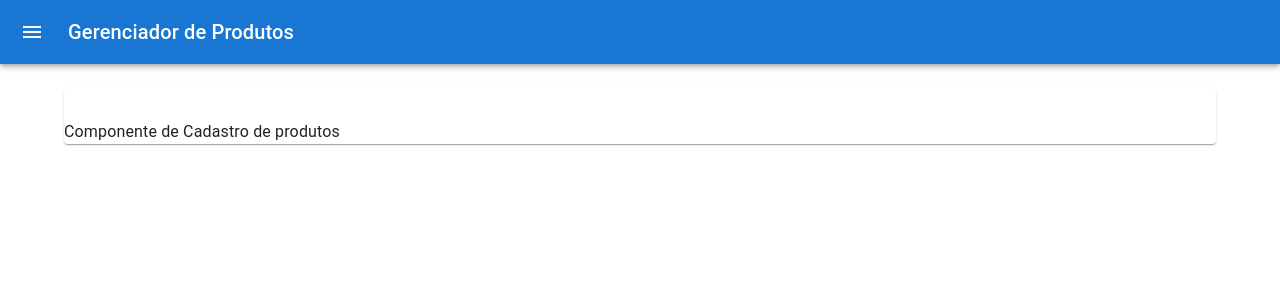
Repository: KennedyWanderson/crud-web
Page: /
An editor plug-in stored every save of this project. The page is shown before and after a run of saves, followed by the edit.
The browser window is 1280 px wide. The pictures show the whole page.
The project was rebuilt for these pictures with package versions that can differ from the ones it lists, and the page was loaded fresh each time. Also part of the build but not shown: src/Components/ProductList.js, src/Components/CategoryRegister.js, src/Components/CategotyList.js.

Above is the page before, as saved 2023-11-15 15:56:58.

After the next 4 saves:
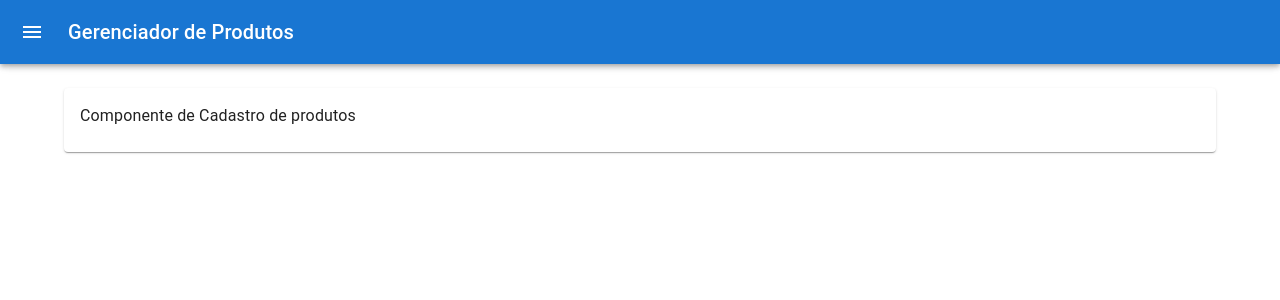
The 4 saves are shown as one change because they came seconds apart.
The last was saved 10 s later.
--- a/src/Components/ProductRegister.js
+++ b/src/Components/ProductRegister.js
@@ -5,9 +5,8 @@ function ProductRegister(props){
     return (
         <Card>
             <CardContent>
-
+                <div>{props.text}</div>
             </CardContent>
-            <div>{props.text}</div>
 
         </Card>
     )
